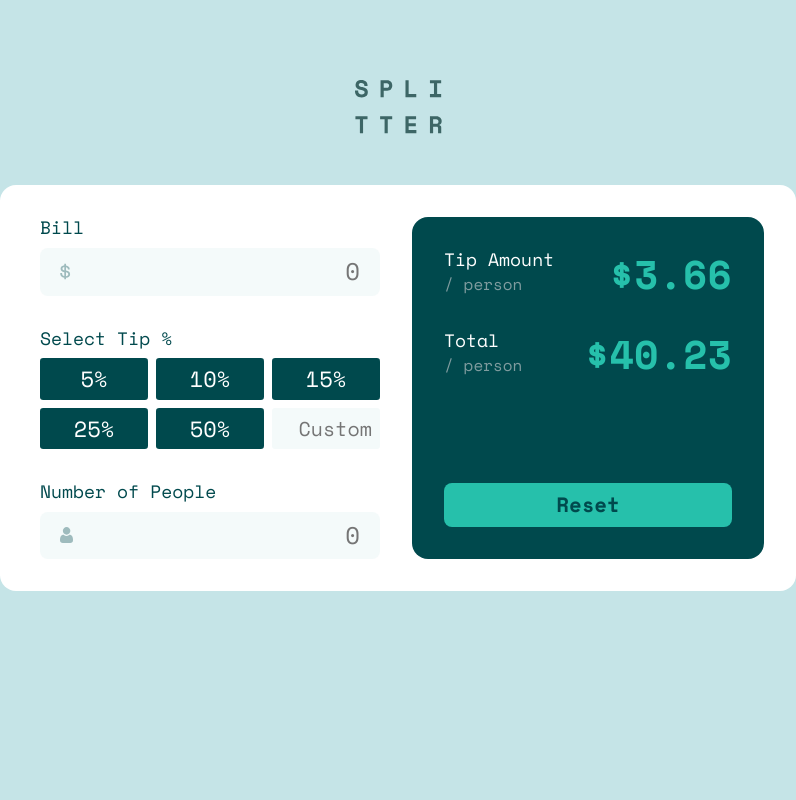
Repository: Jay-JYKim91/FM_tip-calculator
Page: index.html
These files come from the project's save history. The page is drawn as it stood at one moment and after the next save; the edit follows.
The browser window is 768 px wide. The page is 796 px wide, so the pictures cover 796 px, including what lies to the right of the window. The pictures show the whole page.

Above is the page before, as saved 2021-12-23 13:10:12.

### index.html
<!DOCTYPE html>
<html lang="en">
<head>
  <meta charset="UTF-8">
  <meta name="viewport" content="width=device-width, initial-scale=1.0"> <!-- displays site properly based on user's device -->

  <link rel="icon" type="image/png" sizes="32x32" href="./images/favicon-32x32.png">

  <title>Tip calculator</title>
  <link rel="preconnect" href="https://fonts.googleapis.com">
  <link rel="preconnect" href="https://fonts.gstatic.com" crossorigin>
  <link href="https://fonts.googleapis.com/css2?family=Space+Mono:wght@400;700&display=swap" rel="stylesheet">
  <link rel="stylesheet" href="https://cdnjs.cloudflare.com/ajax/libs/normalize/8.0.1/normalize.min.css" integrity="sha512-NhSC1YmyruXifcj/KFRWoC561YpHpc5Jtzgvbuzx5VozKpWvQ+4nXhPdFgmx8xqexRcpAglTj9sIBWINXa8x5w==" crossorigin="anonymous" referrerpolicy="no-referrer" />
  <link rel="stylesheet" href="style.css">
  <script src="main.js" defer></script>

</head>
<body>
  <main class="container">
    <header>
      <img src="./images/logo.svg" alt="logo">
    </header>
    <section class="calculator_wrapper">
      <article class="input_wrapper">
        <div>
          <p class="title">Bill</p>
          <input type="tel" placeholder="0" class="input_box" id="billInput">
        </div>
        <div>
          <p class="title">Select Tip %</p>
          <div class="tip_options">
            <button class="tip_option">5%</button>
            <button class="tip_option">10%</button>
            <button class="tip_option">15%</button>
            <button class="tip_option">25%</button>
            <button class="tip_option">50%</button>
            <input type="tel" id="custom_tip" class="tip_option" placeholder="Custom" autocomplete="off">
          </div>
        </div>
        <div>
          <p class="title">Number of People</p>
          <input type="tel" placeholder="0" class="input_box" id="peopleInput">
          </div>
        </div>
      </article>
      <article class="result_wrapper">
        <div class="result_rows">
          <div class="result_row">
            <div class="result_title_wrapper">
              <p class="title">Tip Amount</p>
              <p class="subtitle">/ person</p>
            </div>
            <p id="tipAmountPrice" class="display_result">$3.66</p>
          </div>
          <div class="result_row">
            <div class="result_title_wrapper">
              <p class="title">Total</p>
              <p class="subtitle">/ person</p>
            </div>
            <p id="totalPrice" class="display_result">$40.23</p>
          </div>
        </div>
        <div>
          <button id="resetBtn">Reset</button>
        </div>
      </article>
    </section>
  </main>
</body>
</html>

### style.css
:root {
  --body-font: "Space Mono", monospace;

  --strong-cyan: hsl(172, 67%, 45%);
  --very-dark-cyan: hsl(183, 100%, 15%);
  --dark-grayish-cyan1: hsl(186, 14%, 43%);
  --dark-grayish-cyan2: hsl(184, 14%, 56%);
  --light-grayish-cyan1: hsl(185, 41%, 84%);
  --light-grayish-cyan2: hsl(189, 41%, 97%);
  --white: hsl(0, 0%, 100%);
}
body {
  background-color: var(--light-grayish-cyan1);
  font-family: var(--body-font);
}
.container {
  margin: 10vh auto;
  max-width: 900px;
  min-width: 796px;
}
header {
  text-align: center;
  margin: 3rem;
}
.calculator_wrapper {
  background-color: var(--white);
  display: flex;
  justify-content: space-between;
  padding: 2rem;
  border-radius: 1rem;
}
.input_wrapper {
  flex-basis: 50%;
  padding: 0 2em 0 0.5em;
}
.input_wrapper div {
  margin-bottom: 2rem;
}
.input_wrapper div:last-child {
  margin-bottom: 0;
}
.tip_options {
  display: grid;
  grid-template-columns: repeat(3, 1fr);
  grid-gap: 0.5em;
}
.tip_option {
  border: 2px solid transparent;
  background-color: var(--very-dark-cyan);
  color: var(--white);
  font-family: var(--body-font);
  padding: 6px;
  font-size: 22px;
  border-radius: 0.2rem;
  cursor: pointer;
  transition: all 0.1s ease-in-out;
}
.tip_option:hover {
  background-color: var(--light-grayish-cyan1);
  color: var(--very-dark-cyan);
}
.tip_option:focus {
  background-color: var(--strong-cyan);
  color: var(--very-dark-cyan);
}
#custom_tip {
  width: 100%;
  background-color: var(--light-grayish-cyan2);
  box-sizing: border-box;
  text-align: right;
  font-size: 20px;
  color: var(--strong-cyan);
  caret-color: var(--strong-cyan);
}
#custom_tip:focus {
  outline: none;
  border: var(--strong-cyan) 2px solid;
}
.title {
  margin: 0 0 10px 0;
  color: var(--very-dark-cyan);
  font-size: 18px;
}
.input_box {
  background-position: 20px 15px;
  background-repeat: no-repeat;
  text-align: right;
  font-size: 24px;
  border: none;
  background-color: var(--light-grayish-cyan2);
  text-align: right;
  color: var(--very-dark-cyan);
  caret-color: var(--strong-cyan);
  padding: 10px 20px;
  border-radius: 0.5rem;
  width: -webkit-fill-available;
}
#billInput {
  background-image: url("./images/icon-dollar.svg");
}

#peopleInput {
  background-image: url("./images/icon-person.svg");
}
.result_wrapper {
  background-color: var(--very-dark-cyan);
  flex-basis: 50%;
  border-radius: 1rem;
  padding: 2em;
  display: flex;
  flex-direction: column;
  justify-content: space-between;
}
.result_title_wrapper {
  flex-basis: 40%;
}
.result_title_wrapper p {
  margin: 0 0 0.3rem 0;
}
.result_wrapper .title {
  color: var(--white);
  /* margin: 0 0 10px 0; */
}
.subtitle {
  color: var(--dark-grayish-cyan2);
}
.result_row {
  display: flex;
  align-items: center;
  justify-content: space-between;
  margin-bottom: 2rem;
}
.display_result {
  flex-basis: 60%;
  text-align: right;
  color: var(--strong-cyan);
  font-weight: 600;
  font-size: 2.5rem;
  margin: 0;
}
#resetBtn {
  border: none;
  background-color: var(--strong-cyan);
  color: var(--very-dark-cyan);
  width: 100%;
  padding: 10px;
  font-weight: 600;
  font-size: 1.3rem;
  border-radius: 0.5rem;
  cursor: pointer;
  transition: all ease-in-out 0.1s;
}
#resetBtn:hover {
  background-color: var(--light-grayish-cyan1);
}
/* Tablet size */
@media (min-width: 769px) and (max-width: 1023px) {
  .container {
    /* width: 80vw; */
  }
  .calculator_wrapper {
    flex-direction: column;
  }
  .result_wrapper {
    margin-top: 3rem;
  }
}

/* Mobile size */
@media (max-width: 768px) {
  .container {
  }
}

Loaded but not shown: main.js (empty)

After the next save:
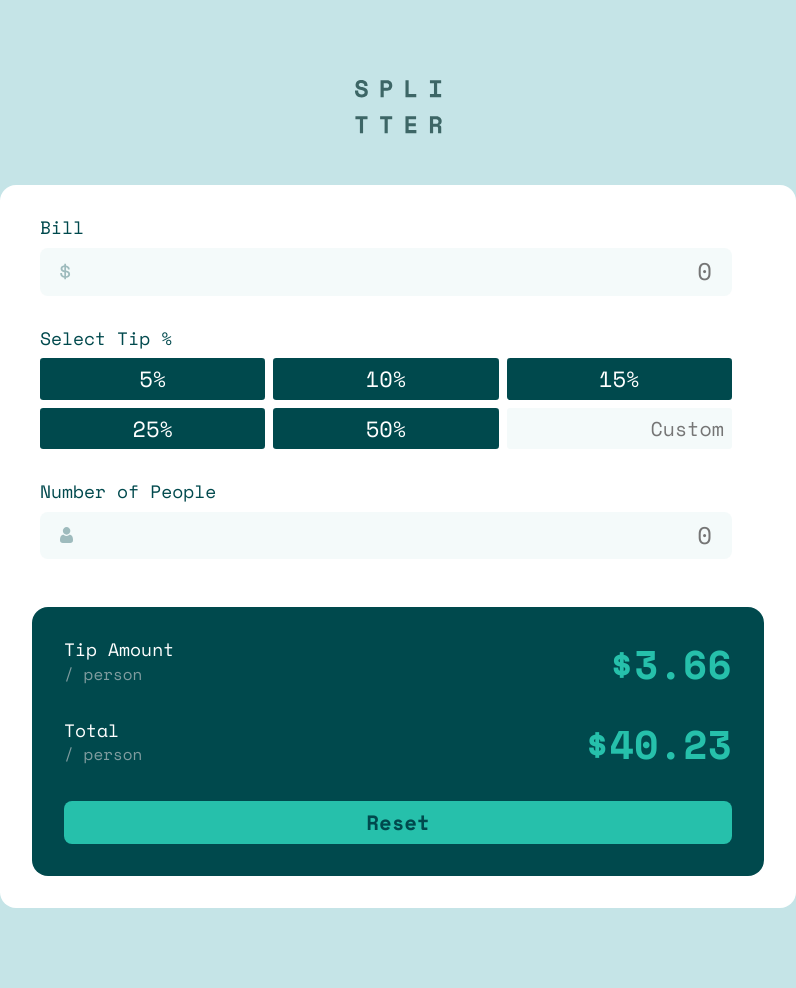
Saved 23 s later.
--- a/style.css
+++ b/style.css
@@ -170,4 +170,10 @@ header {
 @media (max-width: 768px) {
   .container {
   }
+  .calculator_wrapper {
+    flex-direction: column;
+  }
+  .result_wrapper {
+    margin-top: 3rem;
+  }
 }
